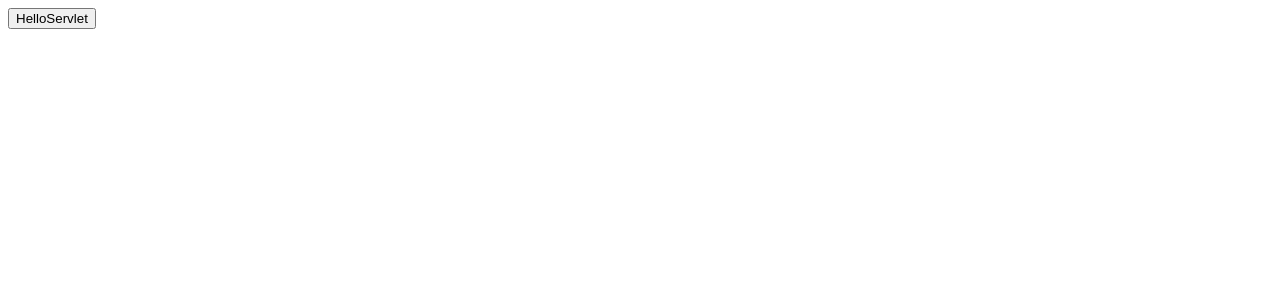
Repository: ryousukefujita-0423/test
Page: http://localhost/HelloServlet/
These files come from the project's save history. The page is drawn as it stood at one moment and after the next save; the edit follows.
The browser window is 1280 px wide. The pictures show the whole page.
The page is served by Tomcat 9. Other server files are loaded and not shown.

Above is the page before, as saved 2019-02-20 02:23:00.

### HelloServlet/WebContent/index.jsp
<%@ page language="java" contentType="text/html; charset=UTF-8"
	pageEncoding="UTF-8"%>
<!DOCTYPE html>
<html>
<head>
<meta charset="UTF-8">
<title>HelloServlet</title>
</head>
<body>
	<input type="button" value="HelloServlet"
		onClick="location.href='HelloServlet'">
</body>
</html>

After the next save:
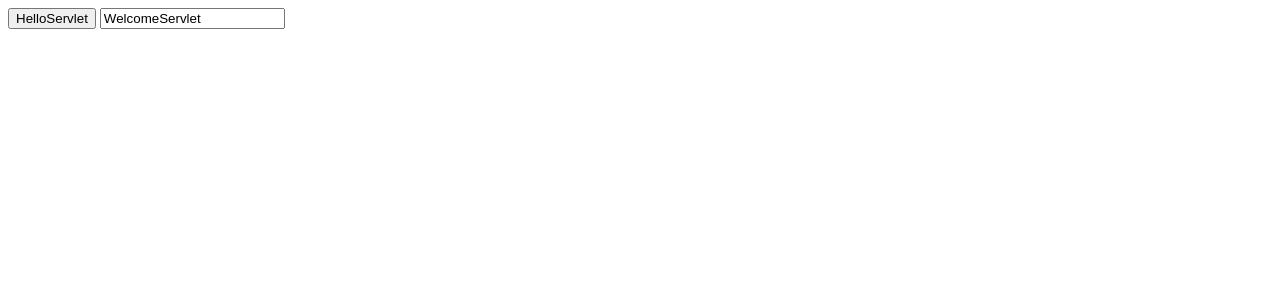
Saved 9 min 25 s later.
--- a/HelloServlet/WebContent/index.jsp
+++ b/HelloServlet/WebContent/index.jsp
@@ -9,5 +9,6 @@
 <body>
 	<input type="button" value="HelloServlet"
 		onClick="location.href='HelloServlet'">
+	<input type="text" value="WelcomeServlet"
+		onClick="location.href='welcome.jsp'">
 </body>
-</html>
